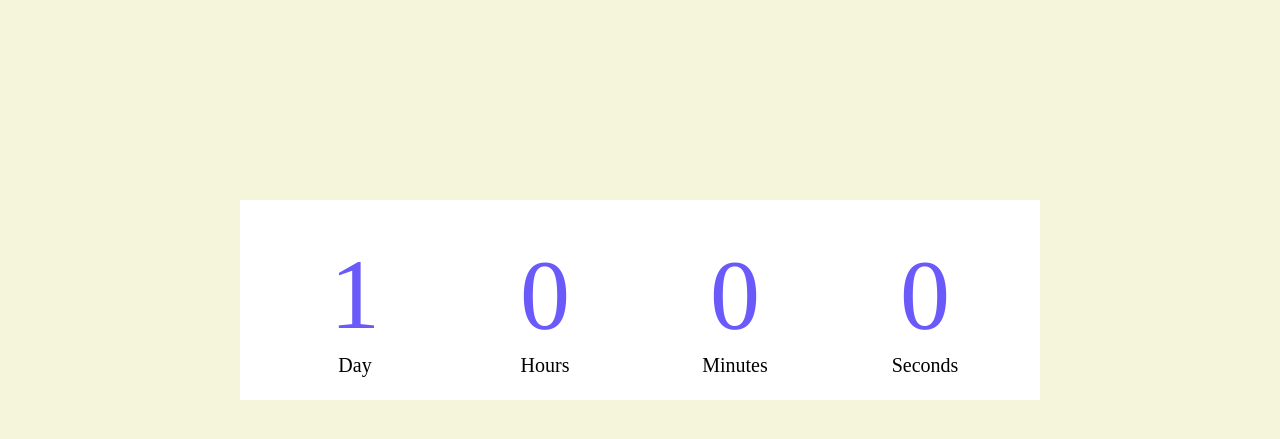
Repository: tienbkvn0605/counddown-demo
Page: index.html
An editor plug-in stored every save of this project. The page is shown before and after the next save, followed by the edit.
The browser window is 1280 px wide. The pictures show the whole page.

Above is the page before, as saved 2022-10-04 23:46:12.

### index.html
<!DOCTYPE html>
<html lang="en">
  <head>
    <meta charset="UTF-8" />
    <meta http-equiv="X-UA-Compatible" content="IE=edge" />
    <meta name="viewport" content="width=device-width, initial-scale=1.0" />
    <link rel="stylesheet" href="resetcss.css" />
    <link rel="stylesheet" href="style.css" />
    <title>Document</title>
  </head>
  <body>
    <ul class="countdown">
      <li>
        <span class="number days">0</span>
        <span class="text">Day</span>
      </li>
      <li>
        <span class="number hours">0</span>
        <span class="text">Hours</span>
      </li>
      <li>
        <span class="number minutes">0</span>
        <span class="text">Minutes</span>
      </li>
      <li>
        <span class="number seconds">0</span>
        <span class="text">Seconds</span>
      </li>
    </ul>
  </body>
  <script src="app.js"></script>
</html>

### resetcss.css
*,
*::before,
*::after {
  box-sizing: border-box;
}
* {
  margin: 0;
  padding: 0;
  font: inherit;
}
body {
  line-height: 1.5;
}
img,
picture,
video,
canvas,
svg {
  display: block;
  max-width: 100%;
}
input,
button,
textarea,
select {
  outline: none;
}
p,
h1,
h2,
h3,
h4,
h5,
h6 {
  overflow-wrap: break-word;
}

### style.css
body {
  background-color: beige;
}
ul {
  list-style: none;
}
.countdown {
  width: 800px;
  height: 200px;
  margin: 200px auto;
  background-color: white;
  display: grid;
  grid-template-columns: repeat(4, 1fr);
  padding: 20px;
}
.countdown li {
  display: flex;
  align-items: center;
  flex-direction: column;
}
.number {
  font-size: 100px;
  color: #6a5af9;
  margin-bottom: -20px;
}
.text {
  font-size: 20px;
}

### app.js
window.addEventListener("load", function () {
  const daysTimer = document.querySelector(".days");
  const hoursTimer = document.querySelector(".hours");
  const minutesTimer = document.querySelector(".minutes");
  const secondsTimer = document.querySelector(".seconds");

  //Tue Oct 06 2022 23:33:35 GMT+0900 (Japan Standard Time)

  function countDown(date) {
    let day, hour, minute, second;
    const now = new Date();
    const startDate = now.getTime();
    const endDate = new Date(date).getTime();
    let timeRemaning = parseInt((endDate - startDate) / 1000); //miliseconds to seconds

    // 1 day = 24 * 60 * 60 = 86400 seconds
    day = parseInt(timeRemaning / 86400);
    timeRemaning = timeRemaning - day;

    console.log(timeRemaning);
    daysTimer.textContent = day;
  }
  countDown("Tue Oct 06 2022 23:33:35 GMT+0900 (Japan Standard Time)");
});

After the next save:
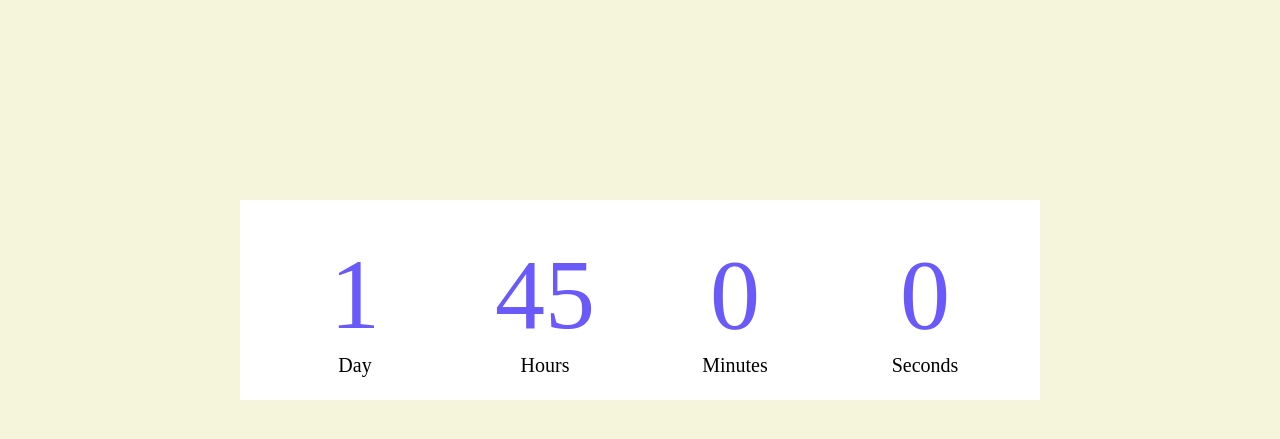
Saved 2 min 25 s later.
--- a/app.js
+++ b/app.js
@@ -15,7 +15,10 @@ window.addEventListener("load", function () {
 
     // 1 day = 24 * 60 * 60 = 86400 seconds
     day = parseInt(timeRemaning / 86400);
-    timeRemaning = timeRemaning - day;
+    timeRemaning = timeRemaning % 86400;
+    //1 hour = 60 * 60
+    hour = parseInt(timeRemaning / 1200);
+    hoursTimer.textContent = hour;
 
     console.log(timeRemaning);
     daysTimer.textContent = day;
